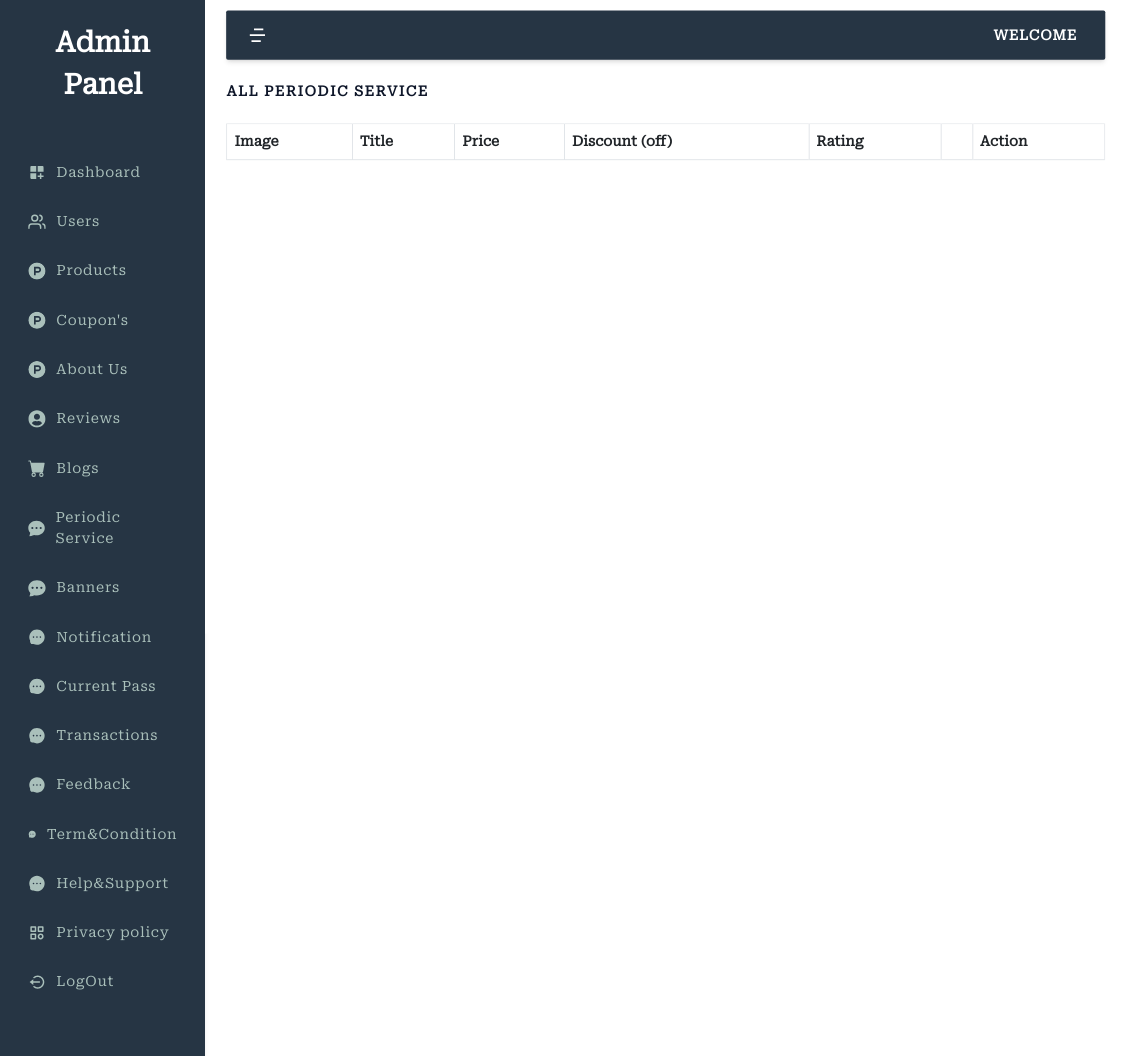
Repository: FlyweisReact/Arun-Chauhan
Page: /complaint
These files come from the project's save history. The page is drawn as it stood at one moment and after a run of saves; the edit follows.
The browser window is 1280 px wide. The pictures show the whole page, at 88% of full size.
Some web libraries are served in a nearby version. The project was rebuilt for these pictures with package versions that can differ from the ones it lists, and the page was loaded fresh each time. Also part of the build but not shown: src/components/forms/Login.jsx, src/components/layout/Navbar.jsx, src/components/layout/Sidebar.jsx, src/components/layout/HOC.jsx, src/components/pages/Dashboard.jsx, src/components/vendorPanel/components/pages/Message/Message.js, src/components/pages/UserKundli/UserKundli.jsx, src/components/pages/discount/Discount.jsx and 27 more.

Above is the page before, as saved 2023-03-14 15:05:42.

### public/index.html
<!-- @format -->

<!DOCTYPE html>
<html lang="en">
  <head>
    <meta charset="utf-8" />
    <!-- <link rel="icon" href="%PUBLIC_URL%/favicon.png" /> -->
    <meta name="viewport" content="width=device-width, initial-scale=1" />
    <meta name="theme-color" content="#000000" />
    <meta
      name="description"
      content="Web site created using create-react-app"
    />
    <link rel="apple-touch-icon" href="%PUBLIC_URL%/favicon.ico?v=2" />



    <link rel="manifest" href="%PUBLIC_URL%/manifest.json" />
    <link rel="preconnect" href="https://fonts.googleapis.com">
    <link rel="preconnect" href="https://fonts.gstatic.com" crossorigin>
    <link href="https://fonts.googleapis.com/css2?family=Roboto+Serif&display=swap" rel="stylesheet">
    <title>Arun   Panel</title>
  </head>
  <body>
    <noscript>You need to enable JavaScript to run this app.</noscript>
    <div id="root"></div>
    <script src="https://code.jquery.com/jquery-3.6.0.min.js"></script>
    <script src="https://kit.fontawesome.com/b533b351e4.js" crossorigin="anonymous"></script>
  </body>
</html>

### src/index.js
import React from "react";
import ReactDOM from "react-dom/client";
import "./index.css";
import App from "./App";
import { BrowserRouter } from "react-router-dom";
import 'bootstrap/dist/css/bootstrap.min.css'

const root = ReactDOM.createRoot(document.getElementById("root"));
root.render(
  <React.StrictMode>
    <BrowserRouter>
      <App />
    </BrowserRouter>
  </React.StrictMode>
);

### src/index.css
/** @format */

@tailwind base;
@tailwind components;
@tailwind utilities;




body {
  margin: 0;
  font-family: 'Roboto Serif', serif  !important;
  -webkit-font-smoothing: antialiased;
  -moz-osx-font-smoothing: grayscale;
}

/* Wcomponents */
.wcomp::-webkit-scrollbar {
  width: 0px;
}
::-webkit-scrollbar {
  width: 0px;
}
::-webkit-scrollbar-track {
  background: #696f78;
}
/* Handle */
::-webkit-scrollbar-thumb {
  background: #b4b8bf;
}

.main-card--container {
  display: grid;
  grid-template-columns: repeat(3, minmax(300px, 500px));
  grid-gap: 50px;
  justify-content: space-around;
}
.card-container {
  margin: 25px 0 auto;
  position: relative;
  display: grid;
  grid-template-columns: 1fr;
  justify-content: space-around;
  align-items: flex-start;
}

.img-thumbnail {
  width: 80px;
}
.img-large {
  max-width: 80%;
}

.formInput {
  padding: 5px;
}

.BannerImg{
  display: grid;
  grid-template-columns: auto auto auto;
  margin: 20px;
  justify-content: space-evenly;
  text-align: center;
}
.BannerImg div{
  box-shadow: rgba(0, 0, 0, 0.35) 0px 5px 15px;
  padding: 10px;

}
.BannerImg img{
  width: 400px;
  height: 200px;
}


li{
  list-style: disc;
}
.carouselImages{
  width: 200px !important;
}
.Car{
  width: 200px !important;
}

.three-Sec{
  display: grid;
  justify-content: space-evenly;
  grid-template-columns: auto auto auto;
  text-align: center;
  color: black;

}
.three-Sec div{
  box-shadow: rgba(0, 0, 0, 0.35) 0px 5px 15px;
  margin-top: 40px;
  padding : 10px;
}
.three-Sec img{
  width: 400px;
}
.three-Sec p{
  font-size: 20px;
  font-weight: bold;
  margin: 0;
}
.three-Sec button{
  border: 1px solid #B80000;
  background-color: #ffff;
  color: #B80000;
  width: 100%;
  padding: 3px;
  margin-top: 10px;
  font-size: 20px;
  transition: 0.5s;
}

.three-Sec button:hover{
  background-color: #B80000;
  color: #ffff;
}

### src/App.js
/** @format */

import { Routes, Route } from "react-router-dom";
import Login from "./components/forms/Login";
import Dashboard from "./components/pages/Dashboard";
import { ToastContainer } from "react-toastify";
import MSG from "./components/vendorPanel/components/pages/Message/Message";
import "react-toastify/dist/ReactToastify.css";
import UserKundli from "./components/pages/UserKundli/UserKundli";
import Discount from "./components/pages/discount/Discount";
import Chat from "./components/pages/reactChat/Chat";
import Horoscope from "./components/pages/horoScope/Horoscope";
import Specification from "./components/pages/SpecificationPage/Specification";
import VendorLogin from "./components/vendorPanel/components/forms/VendorLogin";
import VendorDashboard from "./components/vendorPanel/components/pages/VendorDashboard";
import Fedd from "./components/pages/FeedBack/Fedd";
import Users from "./components/vendorPanel/components/pages/Users/Users";
import TimeSlots from "./components/pages/TimeSlots/TimeSlots";
import Documents from "./components/pages/Documents/Documents";
import Notify from "./components/pages/Notifications/Notify";
import ProductDetail from "./components/pages/FeedBack/ProductDetail";
import Product from "./components/vendorPanel/components/pages/Products/Product";
import Category from "./components/vendorPanel/components/pages/Category/Category";
import Order from "./components/vendorPanel/components/pages/Orders/Order";
import Complaint from "./components/vendorPanel/components/pages/Complaint/Complaint";
import Vendor from "./components/vendorPanel/components/pages/Vendors/Vendor";
import SubCategory from "./components/pages/Subcategory/SubCategory";
import Tour from "./components/vendorPanel/components/pages/Tour";
import Transaction from "./components/vendorPanel/components/pages/Transaction";
import Privacy from "./components/vendorPanel/components/pages/Terms/Privacy";
import Terms from "./components/vendorPanel/components/pages/Terms/Terms";
import Transactions from './components/vendorPanel/components/pages/Users/Transactions'
import CurrentPass from "./components/vendorPanel/components/pages/Users/CurrentPass";
import Offers from "./components/vendorPanel/components/pages/Users/Offers";
import FeedBack from "./components/vendorPanel/components/pages/Users/FeedBack";
import TermsCon from "./components/vendorPanel/components/pages/Users/TermsCon";
import HelpSupport from "./components/vendorPanel/components/pages/Users/HelpSupport";

function App() {
  return (
    <>
      <ToastContainer />

      <Routes>
        <Route path="/vendorLogin" element={<Login />} />
        <Route path="/dashboard" element={<Dashboard />} />
        <Route path="/userkundli" element={<UserKundli />} />
        <Route path="/discount" element={<Discount />} />
        <Route path="/horoscope" element={<Horoscope />} />
        <Route path="/specification" element={<Specification />} />


        <Route path="/chat" element={<Chat />} />
        <Route path="feedback" element={<Fedd />} />
        <Route path="/time" element={<TimeSlots />} />
        <Route path="/document" element={<Documents />} />
        <Route path="/subCategory" element={<SubCategory />} />
        <Route path="/not" element={<Notify />} />
        <Route path="/viewProduct/:id" element={<ProductDetail />} />


        {/* Admin Panel */}
        <Route path="/" element={<VendorLogin />} />
        <Route path="/ven" element={<Vendor />} />
        <Route path="/product" element={<Product />} />
        <Route path="/tour" element={<Tour />} />
        <Route path='/transaction' element={<Transaction />} />
        <Route path="/users" element={<Users />} />
        <Route path="/order" element={<Order />} />
        <Route path="/msg" element={<MSG />} />
        <Route path="/complaint" element={<Complaint />} />
        <Route path="/vendorDashboard" element={<VendorDashboard />} />
        <Route path="/category" element={<Category />} />
        <Route path="/privacy" element={<Privacy />} />
        <Route path="/terms" element={<Terms />} />
        <Route path="/trans" element={<Transactions />} />
        <Route path="/currentPass" element={<CurrentPass />} />
        <Route path="/offers" element={<Offers />} />
        <Route path="/feedBacks" element={<FeedBack />} />
        <Route path="/termsCon" element={<TermsCon />} />
        <Route path='/helpSupport' element={<HelpSupport />} />
      </Routes>
    </>
  );
}

export default App;

### src/components/vendorPanel/components/pages/Complaint/Complaint.js
/** @format */
import React, {  useState } from "react";
import { Table , Modal ,Button , Form} from "react-bootstrap";
import HOC from "../../layout/HOC";



const Complaint = () => {
  const [modalShow, setModalShow] = useState(false);


  function MyVerticallyCenteredModal(props) {
    return (
      <Modal
        {...props}
        size="lg"
        aria-labelledby="contained-modal-title-vcenter"
        centered
      >
        <Modal.Header closeButton>
          <Modal.Title id="contained-modal-title-vcenter">
            Update Help&Support
          </Modal.Title>
        </Modal.Header>
        <Modal.Body>
          <Form>
            <Form.Group className="mb-3">
              <Form.Label>Name</Form.Label>
              <Form.Control
                type="text"
              />
          </Form.Group>
            <Form.Group className="mb-3">
              <Form.Label>Email</Form.Label>
              <Form.Control
                type="text"
              />
            </Form.Group>
            <Button variant="outline-success" type="submit">
              Submit
            </Button>
          </Form>
        </Modal.Body>
        <Modal.Footer></Modal.Footer>
      </Modal>
    );
  }





  return (
    <>

<MyVerticallyCenteredModal
          show={modalShow}
          onHide={() => setModalShow(false)}
        />

      <section>
        <div className="pb-4 sticky top-0  w-full flex justify-between items-center bg-white">
          <span className="tracking-widest text-slate-900 font-semibold uppercase ">
          All Periodic Service
          </span>
        </div>

        <div style={{ maxWidth: "100%", overflow: "auto" }}>
          <Table striped bordered hover>
            <thead>
              <tr>
                <th> Image</th>
                <th> Title</th>
                <th> Price</th>
                <th> Discount (off)</th>
                <th>Rating</th>
                <th></th>
                <th>Action</th>
              </tr>
            </thead>
            <tbody>

            </tbody>
          </Table>
        </div>
      </section>
    </>
  );
};


export default HOC(Complaint);

### src/components/vendorPanel/components/layout/HOC.jsx
import React, { useState } from "react";
import Navbar from "./Navbar";
import Sidebar from "./Sidebar";

const HOC = (Wcomponenet) => {
  return function Component() {
    const [hamb, setHamb] = useState(false);
    return (
      <>
        <section className="flex overflow-x-hidden relative">
          {/* Sidebar */}
          <div
            className={
              hamb
                ? " absolute top-0 z-30 md:w-auto shadow-md bg-slate-200  w-60 transition-all md:-left-full left duration-150  h-auto overflow-y-auto  left-0 "
                : " md:w-72 z-30 bg-slate-200  shadow-md  md:static absolute top-0 -left-full   transition-all duration-150  overflow-y-auto h-auto"
            }
          >
            <Sidebar hamb={hamb} setHamb={setHamb} />
          </div>
          {/* Components & Navbar */}
          <div
            className={
              hamb
                ? " transition-all px-4 py-2  bg-white duration-150 w-full h-screen"
                : " w-full h-screen  px-4 py-2  bg-white z-50 transition-all duration-150 "
            }
          >
            <Navbar hamb={hamb} setHamb={setHamb} />
            <div className="my-6 text-white h-[87%] wcomp overflow-y-auto">
              <Wcomponenet />
            </div>
          </div>
        </section>
      </>
    );
  };
};

export default HOC;

### src/components/vendorPanel/components/layout/Navbar.jsx
/** @format */

import { RiMenu4Line } from "react-icons/ri";

const Navbar = ({ hamb, setHamb }) => {

  return (
    <>

      <div
        className={
          hamb
            ? "flex  w-full justify-between  my-1 rounded-sm  p-4 py-3 shadow-md items-center  bg-slate-200 space-x-4"
            : "flex  w-full justify-between my-1 rounded-sm  p-4 py-3 shadow-md items-center  bg-slate-200 space-x-4"
        }
        style={{   backgroundColor: "#263544", color : "#fff"}}
      >
        <RiMenu4Line
          onClick={() => setHamb(!hamb)}
          className="text-2xl font-bold text-#fff-900 hover:scale-90 cursor-pointer"
        />

        <section className="flex sm:ml-auto justify-end sm:w-full items-center space-x-2  pr-2">
          <figcaption className="tracking-wider pl-1 font-semibold">
            <div className="lg:text-base text-sm text-#fff-900  uppercase" >
              Welcome
            </div>
          </figcaption>
        </section>


      </div>
    </>
  );
};

export default Navbar;

### src/components/vendorPanel/components/layout/Sidebar.jsx
/** @format */

import React from "react";
import { RiCloseLine } from "react-icons/ri";
import { Link, useNavigate } from "react-router-dom";
import { BsFillCartFill } from "react-icons/bs";
import { BiLogOutCircle ,BiCategory } from "react-icons/bi";
import { MdDashboardCustomize } from "react-icons/md";
import { BsFillChatDotsFill } from "react-icons/bs";
import { AiFillMessage } from "react-icons/ai";
import {FaProductHunt , FaUserCircle} from 'react-icons/fa'
import {FiUsers} from 'react-icons/fi'

const Sidebar = ({ hamb, setHamb }) => {
  const navigate = useNavigate();

  const nav = [
    {
      icon: <MdDashboardCustomize className="text-xl mr-3 rounded-full " />,
      link: "/vendorDashboard",
      name: "Dashboard",
    },
    {
      icon: <FiUsers className="text-xl mr-3" />,
      link: "/ven",
      name: "Users",
    },
    {
      icon: <FaProductHunt className="text-xl mr-3 rounded-full " />,
      link: "/tour",
      name: "Products",
    },
    {
      icon: <FaProductHunt className="text-xl mr-3 rounded-full " />,
      link: "/product",
      name: "Coupon's",
    },
    {
      icon: <FaProductHunt className="text-xl mr-3 rounded-full " />,
      link: "/transaction",
      name: "About Us",
    },
    {
      icon: <FaUserCircle className="text-xl mr-3" />,
      link: "/users",
      name: "Reviews",
    },
    {
      icon: <BsFillCartFill className="text-xl mr-3" />,
      link: "/order",
      name: "Blogs",
    },
    {
      icon: <BsFillChatDotsFill className="text-xl mr-3" />,
      link: "/complaint",
      name: "Periodic Service",
    },
    {
      icon: <BsFillChatDotsFill className="text-xl mr-3" />,
      link: "/offers",
      name: "Banners",
    },
    {
      icon: <AiFillMessage className="text-xl mr-3 rounded-full " />,
      link: "/msg",
      name: "Notification",
    },
    {
      icon: <AiFillMessage className="text-xl mr-3 rounded-full " />,
      link: "/currentPass",
      name: "Current Pass",
    },
    {
      icon: <AiFillMessage className="text-xl mr-3 rounded-full " />,
      link: "/trans",
      name: "Transactions",
    },
    {
      icon: <AiFillMessage className="text-xl mr-3 rounded-full " />,
      link: "/feedBacks",
      name: "Feedback",
    },
    {
      icon: <AiFillMessage className="text-xl mr-3 rounded-full " />,
      link: "/termsCon",
      name: "Term&Condition",
    },
    {
      icon: <AiFillMessage className="text-xl mr-3 rounded-full " />,
      link: "/helpSupport",
      name: "Help&Support",
    },
    {
      icon: <BiCategory className="text-xl mr-3" />,
      link: "/privacy",
      name: "Privacy policy",
    }
  ];

  const logOut = () => {
    localStorage.removeItem("token");
    navigate("/vendorLogin");
  };

  return (
    <>
      <div className="p-4 h-auto"   style={{
          backgroundColor: "#263544",
          minHeight : '100vh'
        }}>
        {/* Top */}
        <div className="w-full md:hidden relative  p-2 mb-4">
          <RiCloseLine
            onClick={() => setHamb(!hamb)}
            className="text-3xl  absolute top-2 sm:hover:rotate-[228deg] transition-transform font-bold right-2 sm:hover:text-[22px] text-[rgb(241,146,46)] cursor-pointer"
          />
        </div>
        {/* Logo */}
        <figure className="flex  flex-col items-center">
        <span
            className="font-bold text-[rgb(241,146,46)]"
            style={{ fontSize: "2rem", textAlign: "center", color: "#fff" }}
          >
            Admin Panel
          </span>
        </figure>
        {/* Nav-menu */}
        <nav className="py-6">
          {nav.map((nav) => {
            return (
              <Link to={nav.link} key={nav.name} className="" style={{textDecoration : 'none'}}>
                <span className="flex my-3 items-center cursor-pointer    tracking-wider p-2 rounded-sm"  style={{ color: "#aac0bb"  , textDecoration : 'none'}}>
                  {nav.icon} {nav.name}
                </span>
              </Link>
            );
          })}
          <span
            className="flex my-3 items-center cursor-pointer   tracking-wider p-2 rounded-sm"
            onClick={() => logOut()}
            style={{ color: "#aac0bb" }}
          >
            <BiLogOutCircle className="text-xl mr-3 rounded-full " /> LogOut
          </span>
        </nav>
      </div>
    </>
  );
};

export default Sidebar;

Loaded but not shown: tailwind.config.js (common file)

After the next 2 saves:
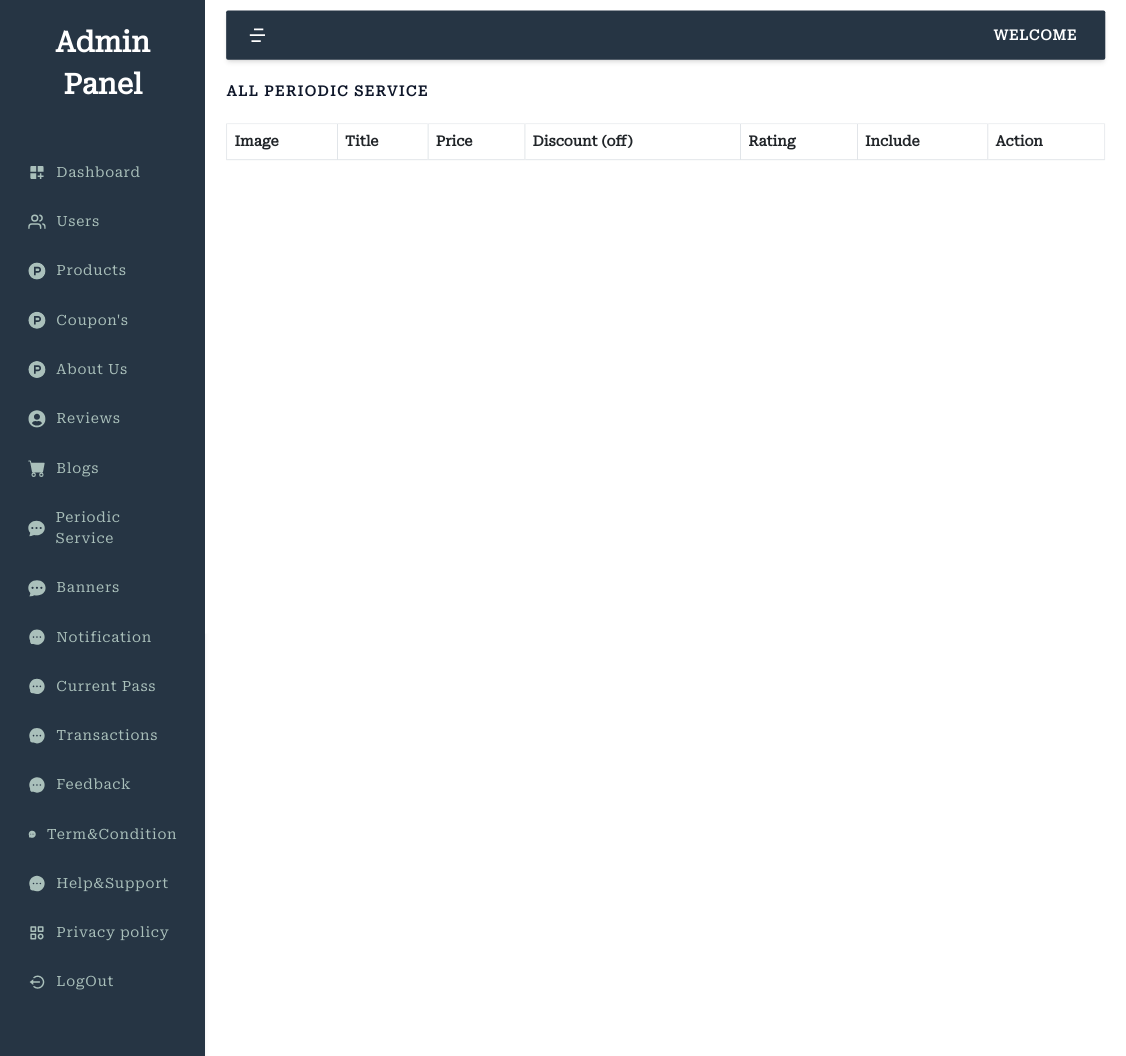
The 2 saves are shown as one change because they came seconds apart.
The last was saved 16 s later.
--- a/src/components/vendorPanel/components/pages/Complaint/Complaint.js
+++ b/src/components/vendorPanel/components/pages/Complaint/Complaint.js
@@ -74,7 +74,7 @@ const Complaint = () => {
                 <th> Price</th>
                 <th> Discount (off)</th>
                 <th>Rating</th>
-                <th></th>
+                <th>Include</th>
                 <th>Action</th>
               </tr>
             </thead>
